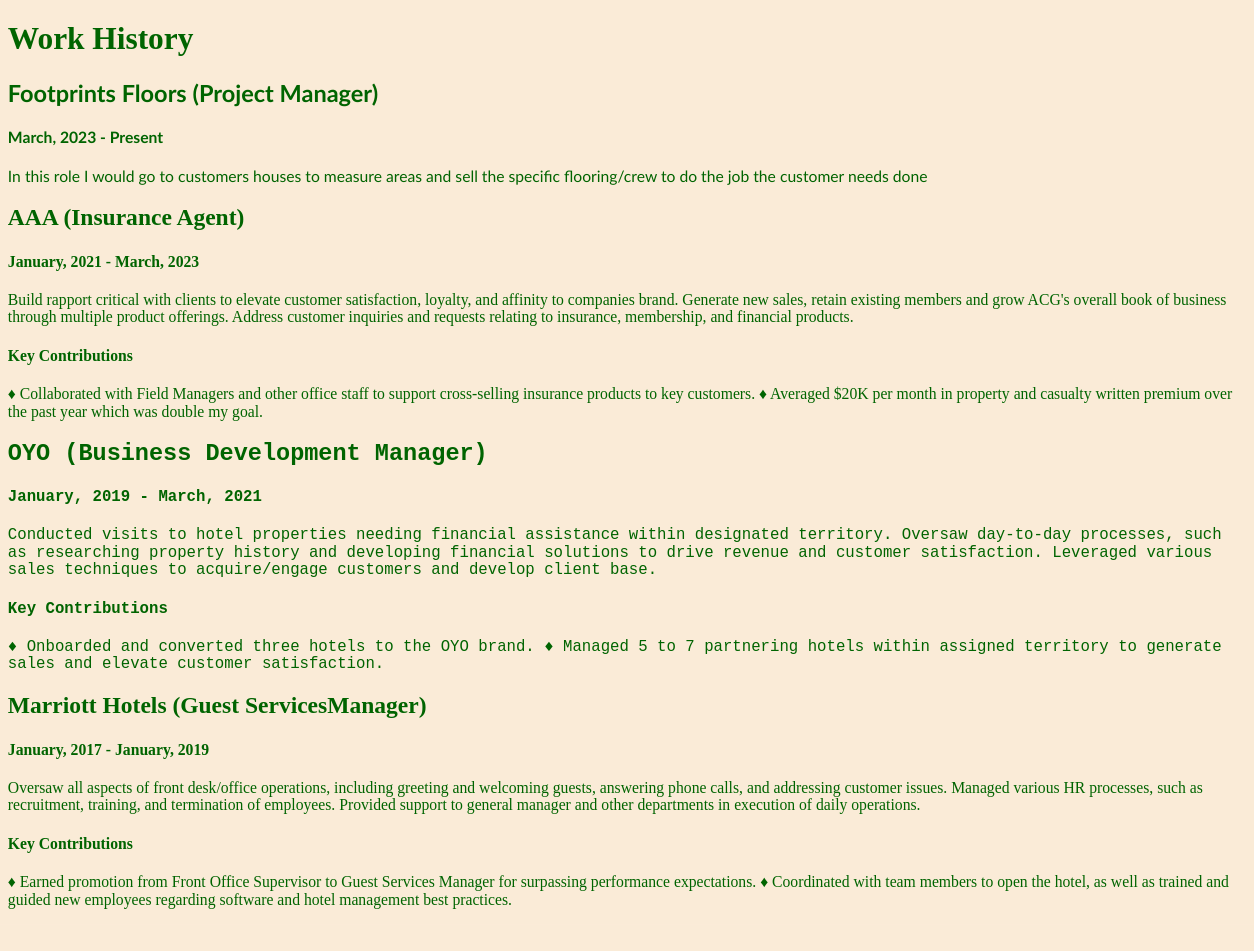
Repository: TEazy2433/LAB-HTML-Resume
Page: index.html
These files come from the project's save history. The page is drawn as it stood at one moment and after the next save; the edit follows.
The browser window is 1280 px wide. The pictures show the whole page, at 98% of full size.

Above is the page before, as saved 2023-10-11 20:26:25.

### index.html
<!DOCTYPE html>
<html lang="en">
<head>
  <meta charset="UTF-8">
  <meta name="viewport" content="width=device-width, initial-scale=1.0">
  <title>Resume</title>
  <link rel="stylesheet" href="main.css">
  </head>
  <body>

  <script src="main.js"></script>
  </body>
  </html><html></html>
    </head>
      <title>Work History</title>
    </head>
    <body>
      <h1>Work History</h1>
      <article id="articleOne">
        <h2>Footprints Floors (Project Manager)</h2>
        <h4>March, 2023 - Present</h4>
        <section>
          <p>In this role I would go to customers houses to measure areas and sell the specific flooring/crew to do the job the customer needs done</p>
        </section>
      </article>

      <article id="articleTwo">
        <h2>AAA (Insurance Agent)</h2>
        <h4>January, 2021 - March, 2023</h4>
        <section>
          <p>Build rapport critical with clients to elevate customer satisfaction, loyalty, and affinity to companies brand. Generate new sales, retain existing members and grow ACG's overall book of business through multiple product offerings. Address customer inquiries and requests relating to insurance, membership, and financial products.</p>

          <h4>Key Contributions</h4>
          <P>♦ Collaborated with Field Managers and other office staff to support cross-selling insurance products to key customers.
            ♦ Averaged $20K per month in property and casualty written premium over the past year which was double my goal.</P>
        </section>
      </article>

      <article id="articleThree">
        <h2>OYO (Business Development Manager)</h2>
        <h4>January, 2019 - March, 2021</h4>
        <section>
          <p>Conducted visits to hotel properties needing financial assistance within designated territory. Oversaw day-to-day processes, such as researching property history and developing financial solutions to drive revenue and customer satisfaction. Leveraged various sales techniques to acquire/engage customers and develop client base.</p>

          <h4>Key Contributions</h4>
          <P>♦ Onboarded and converted three hotels to the OYO brand.
            ♦ Managed 5 to 7 partnering hotels within assigned territory to generate sales and elevate customer satisfaction.</P>
        </section>
      </article>

      <article id="articleFour">
        <h2>Marriott Hotels (Guest ServicesManager)</h2>
        <h4>January, 2017 - January, 2019</h4>
        <section>
          <p>Oversaw all aspects of front desk/office operations, including greeting and welcoming guests, answering phone calls, and addressing customer issues. Managed various HR processes, such as recruitment, training, and termination of employees. Provided support to general manager and other departments in execution of daily operations.</p>

          <h4>Key Contributions</h4>
          <P>♦ Earned promotion from Front Office Supervisor to Guest Services Manager for surpassing performance expectations.
            ♦ Coordinated with team members to open the hotel, as well as trained and guided new employees regarding software
            and hotel management best practices.</P>
        </section>
      </article>


    </body>

### main.css
body{
  background-color: antiquewhite;
}

h1{
  color:darkgreen

}

h2{
  color: darkgreen;
}

p{
  color:darkgreen
}

h4{
  color:darkgreen
}

h5{
  color: darkgreen;
}

#articleOne{
  font-family: 'Gill Sans', 'Gill Sans MT', Calibri, 'Trebuchet MS', sans-serif;
}

#articleTwo{
  font-family: cursive;
}

#articleThree{
  font-family: 'Courier New', Courier, monospace;
}

#articleFour{
  font-family: fantasy;
}

### main.js
console.log("Resume");

After the next save:
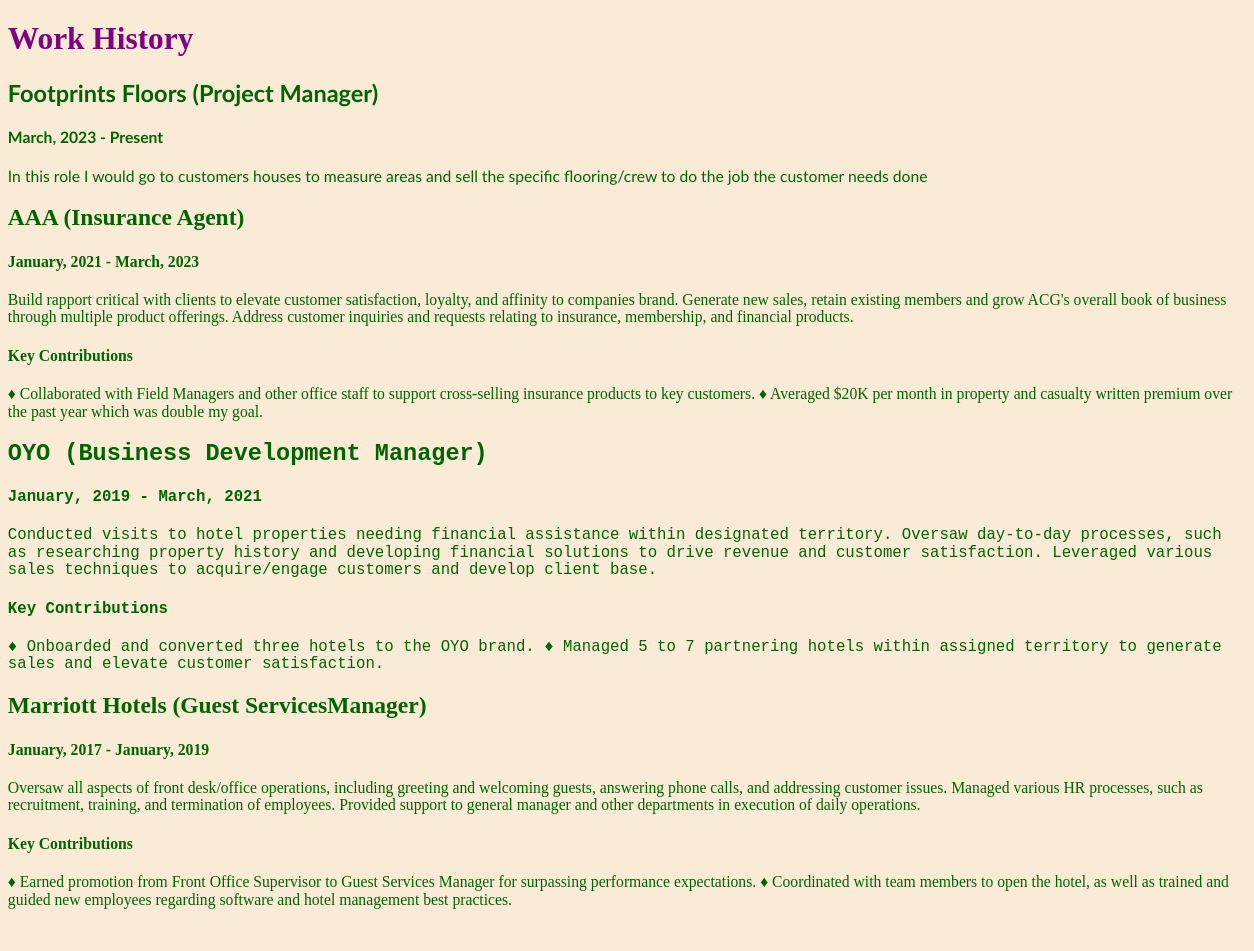
Saved 38 s later.
--- a/main.css
+++ b/main.css
@@ -3,7 +3,7 @@
 }
 
 h1{
-  color:darkgreen
+  color:purple
 
 }
 
